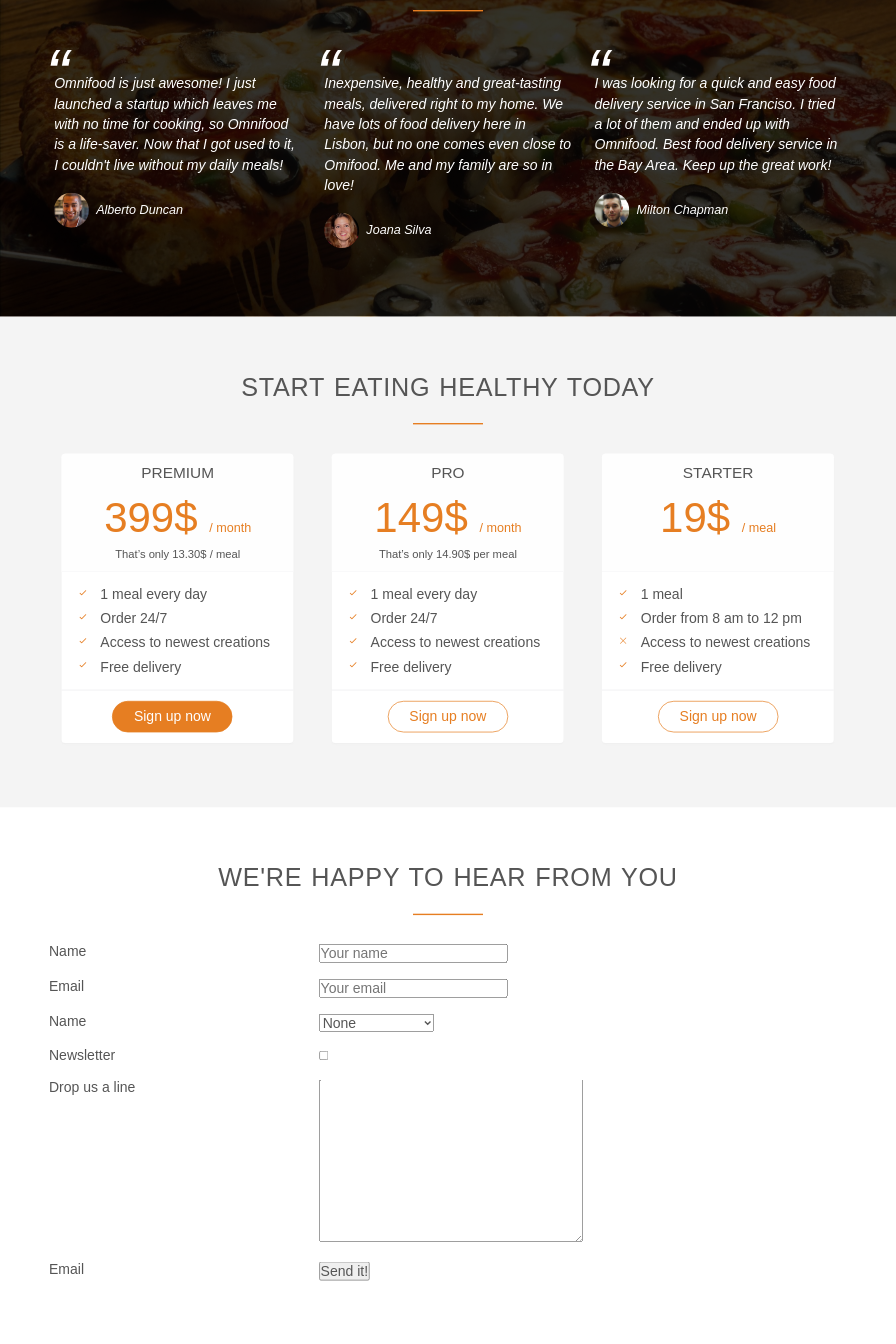
Repository: pboi18/E-Foods
Page: index.html
These files come from the project's save history. The page is drawn as it stood at one moment and after the next save; the edit follows.
The browser window is 1280 px wide. The pictures show the part of the page from y = 3426 to 5346 px (the page is 5346 px tall before and 5162 px after), at 70% of full size.
Backgrounds fixed to the window are drawn as part of the page.

Above is the page before, as saved 2020-07-13 23:09:46.

### index.html
<!DOCTYPE html>
<html lang="en">
   <head>
      <meta http-equiv="Content-Type" content="text/html;charset=UTF-8">
      <link rel="stylesheet" href="vendors/css/normalize.css">
      <link rel="stylesheet" href="vendors/css/7.1 Grid.css">
      <link rel="stylesheet" href="vendors/css/ionicons.min.css">
      <link rel="stylesheet" href="resources/css/style.css">
      <link href='http://fonts.googleapis.com/css?family=Lato:100,300,400,300italic' rel='stylesheet' type='text/css'>
      <title>Ominifoods</title>
   </head>

   <body>
      <header>
         <nav>
               <div class="row">
                  <img src="resources/img/logo-white.png" alt="Ominifood logo" class="logo">

                  <ul class="main-nav">
                     <li><a href="#">Food delivery</a></li>
                     <li><a href="#">How it works</a></li>
                     <li><a href="#">Our cities</a></li>
                     <li><a href="#">Sign up</a></li>
                  </ul>

               </div>
         </nav>
         <div class="hero-text-box">
               <h1>Goodbye junk food. <br> Hello super healthy meals.</h1>
               <a href="#" class="btn btn-full">I’m hungry </a>
               <a href="#" class="btn btn-ghost">Show me more </a>
         </div>

      </header>

      <section class="section-features">
         <div class="row">
               <h2>Get food fast &mdash; not fast food</h2>
               <p class="long-copy">
                  Hello, we’re Omnifood, your new premium food delivery service. We know you’re always busy. No time for cooking. So let us take care of that, we’re really good at it, we promise!
               </p>
         </div>

         <div class="row">
               <div class="col span-1-of-4 box">
                  <i class="ion-ios-infinite-outline icon-big"></i>
                  <h3>Up to 365 days/year</h3>
                  <p>
                     Never cook again! We
                     really mean that. Our subscription
                     plans include up to 365
                     days/year coverage. You can
                     also choose to order more
                     flexibly if that's your style.
                  </p>
               </div>

               <div class="col span-1-of-4 box">
                  <i class="ion-ios-stopwatch-outline icon-big"></i>
                  <h3>Ready in 20 minutes</h3>
                  <p>
                     You're only twenty minutes
                     away from your delicious and
                     super healthy meals delivered
                     right to your home. We work
                     with the best chefs in each
                     town to ensure that you're
                     100% happy.
                  </p>
               </div>

               <div class="col span-1-of-4 box">
                  <i class="ion-ios-nutrition-outline icon-big"></i>
                  <h3>100% organic</h3>
                  <p>
                     All our vegetables are fresh, organic and local. Animals are raised without added hormones or antibiotics. Good for your health, the environment, and it also tastes better!
                  </p>
               </div>

               <div class="col span-1-of-4 box">
                  <i class="ion-ios-cart-outline icon-big"></i>
                  <h3>Order anything</h3>
                  <p>
                     We don't limit your creativity, which means you can order whatever you feel like. You can also choose from our menu containing over 100 delicious meals. It's up to you!
                  </p>
               </div>
         </div>
      </section>

      <section class="section-meals">
         <ul class="meals-showcase clearfix">
               <li>
                  <figure class="meal-photo">
                     <img src="resources/img/1.jpg" alt="Korean bibimbap with egg and vegetables">
                  </figure>
               </li>
               <li>
                  <figure class="meal-photo">
                     <img src="resources/img/2.jpg" alt="Simple italian pizza with cherry tomatoes">
                  </figure>
               </li>
               <li>
                  <figure class="meal-photo">
                     <img src="resources/img/3.jpg" alt="Chicken breast steak with vegetables ">
                  </figure>
               </li>
               <li>
                  <figure class="meal-photo">
                     <img src="resources/img/4.jpg" alt="Autumn pumpkin soup">
                  </figure>
               </li>
         </ul>

         <ul class="meals-showcase clearfix">
               <li>
                  <figure class="meal-photo">
                     <img src="resources/img/5.jpg" alt="Paleo beef steak with vegetables">
                  </figure>
               </li>
               <li>
                  <figure class="meal-photo">
                     <img src="resources/img/6.jpg" alt="Healthy baguette with egg and vegetables">
                  </figure>
               </li>
               <li>
                  <figure class="meal-photo">
                     <img src="resources/img/7.jpg" alt="Burger with cheddar and bacon">
                  </figure>
               </li>
               <li>
                  <figure class="meal-photo">
                     <img src="resources/img/8.jpg" alt="Granola with cherries and strawberries">
                  </figure>
               </li>
         </ul>
      </section>

      <section class="section-steps">
         <div class="row">
               <h2>How it works &mdash; Simple as 1, 2, 3</h2>
         </div>
         <div class="row">
               <div class="col span-1-of-2 steps-box">
                  <img src="resources/img/app-iPhone.png" alt="Ominifood app on iphone" class="app-screen">
               </div>

               <div class="col span-1-of-2 steps-box">
                  <div class="works-step">
                     <div>1</div>
                     <p>Choose the subscription plan that best fits your needs and sign up today.</p>
                  </div>
                  <div class="works-step">
                     <div>2</div>
                     <p>Order your delicious meal using our mobile app or website. Or you can even call us!</p>
                  </div>
                  <div class="works-step">
                     <div>3</div>
                     <p>Enjoy your meal after less than 20 minutes. See you the next time!</p>
                  </div>

                  <a href="#" class="btn-app">
                     <img src="resources/img/download-app.png " alt="App Store Button">
                  </a>
                  <a href="#" class="btn-app" >
                     <img src="resources/img/download-app-android.png" alt="play Store Button">
                  </a>

               </div>
         </div>
      </section>


      <section class="section-cities">
         <div class="row">
            <h2>
               We're currently in these cities
            </h2>
         </div>

         <div class="row">
            <div class="col span-1-of-4 box">
               <img src="resources/img/lisbon-3.jpg" alt="Lisbon">
               <h3>Lisbon</h3>
               <div class="city-feature">
                  <i class="ion-ios-person icon-small"></i>
                  1600+ happy eaters
               </div>
               <div class="city-feature">
                  <i class="ion-ios-star icon-small"></i>
                  60+ top chefs
               </div>
               <div class="city-feature">
                  <i class="ion-social-twitter icon-small"></i>
                  <a href="#">@omnifood_lx</a>
               </div>
            </div>

            <div class="col span-1-of-4 box">
               <img src="resources/img/san-francisco.jpg" alt="San Francisco">
               <h3>San Francisco</h3>
               <div class="city-feature">
                  <i class="ion-ios-person icon-small"></i>
                  3700+ happy eaters
               </div>
               <div class="city-feature">
                  <i class="ion-ios-star icon-small"></i>
                  160+ top chefs
               </div>
               <div class="city-feature">
                  <i class="ion-social-twitter icon-small"></i>
                  <a href="#">@omnifood_sf</a>
               </div>
            </div>

            <div class="col span-1-of-4 box">
               <img src="resources/img/berlin.jpg" alt="Berlin">
               <h3>Berlin</h3>
               <div class="city-feature">
                  <i class="ion-ios-person icon-small"></i>
                  2300+ happy eaters
               </div>
               <div class="city-feature">
                  <i class="ion-ios-star icon-small"></i>
                  110+ top chefs
               </div>
               <div class="city-feature">
                  <i class="ion-social-twitter icon-small"></i>
                  <a href="#">@omnifood_berlin</a>
               </div>
            </div>

            <div class="col span-1-of-4 box">
               <img src="resources/img/london.jpg" alt="London">
               <h3>London</h3>
               <div class="city-feature">
                  <i class="ion-ios-person icon-small"></i>
                  1200+ happy eaters
               </div>
               <div class="city-feature">
                  <i class="ion-ios-star icon-small"></i>
                  50+ top chefs
               </div>
               <div class="city-feature">
                  <i class="ion-social-twitter icon-small"></i>
                  <a href="#">@omnifood_london</a>
               </div>
            </div>
         </div>


      </section>

      <section class="section-testimonials">
         <div class="row">
            <h2>Our customers can't live without us</h2>
         </div>

         <div class="row">
            <div class="col span-1-of-3">
               <blockquote>
                  Omnifood is just awesome! I just launched a startup which leaves me with no time for cooking, so Omnifood is a life-saver. Now that I got used to it, I couldn't live without my daily meals!
                  <cite><img src="resources/img/customer-1.jpg" alt="">Alberto Duncan</cite>
               </blockquote>
            </div>

            <div class="col span-1-of-3">
               <blockquote>
                  Inexpensive, healthy and great-tasting meals, delivered right to my home. We have lots of food delivery here in Lisbon, but no one comes even close to Omifood. Me and my family are so in love!
                  <cite><img src="resources/img/customer-2.jpg" alt="">Joana Silva</cite>
               </blockquote>
            </div>

            <div class="col span-1-of-3">
               <blockquote>
                  I was looking for a quick and easy food delivery service in San Franciso. I tried a lot of them and ended up with Omnifood. Best food delivery service in the Bay Area. Keep up the great work!
                  <cite><img src="resources/img/customer-3.jpg" alt="">Milton Chapman</cite>
               </blockquote>
            </div>
         </div>
      </section>

      <section class="section-plans">
         <div class="row">
            <h2>Start eating healthy today</h2>
         </div>
         <div class="row">
            <div class="col span-1-of-3">
               <div class="plan-box">
                  <div>
                     <h3>Premium</h3>
                     <p class="plan-price">399$ <span>/ month</span></p>
                     <p class="plan-price-meal">That’s only 13.30$ / meal</p>
                  </div>
                  <div>
                     <ul>
                        <li><i class="ion-ios-checkmark-empty icon-small"></i>1 meal every day</li>
                        <li><i class="ion-ios-checkmark-empty icon-small"></i>Order 24/7</li>
                        <li><i class="ion-ios-checkmark-empty icon-small"></i>Access to newest creations</li>
                        <li><i class="ion-ios-checkmark-empty icon-small"></i>Free delivery</li>
                     </ul>
                  </div>
                  <div>
                     <a href="#" class="btn btn-full" >Sign up now </a>
                  </div>
               </div>
            </div>

            <div class="col span-1-of-3">
               <div class="plan-box">
                  <div>
                     <h3>Pro</h3>
                     <p class="plan-price">149$ <span>/ month</span></p>
                     <p class="plan-price-meal">That’s only 14.90$ per meal</p>
                  </div>
                  <div>
                     <ul>
                        <li><i class="ion-ios-checkmark-empty icon-small"></i>1 meal every day</li>
                        <li><i class="ion-ios-checkmark-empty icon-small"></i>Order 24/7</li>
                        <li><i class="ion-ios-checkmark-empty icon-small"></i>Access to newest creations</li>
                        <li><i class="ion-ios-checkmark-empty icon-small"></i>Free delivery</li>
                     </ul>
                  </div>
                  <div>
                     <a href="#" class="btn btn-ghost" >Sign up now </a>
                  </div>
               </div>
            </div>

            <div class="col span-1-of-3">
               <div class="plan-box">
                  <div>
                     <h3>Starter</h3>
                     <p class="plan-price">19$ <span>/ meal</span></p>
                     <p class="plan-price-meal">&nbsp;</p>
                  </div>
                  <div>
                     <ul>
                        <li><i class="ion-ios-checkmark-empty icon-small"></i>1 meal</li>
                        <li><i class="ion-ios-checkmark-empty icon-small"></i>Order from 8 am to 12 pm</li>
                        <li><i class="ion-ios-close-empty icon-small"></i>Access to newest creations</li>
                        <li><i class="ion-ios-checkmark-empty icon-small"></i>Free delivery</li>
                     </ul>
                  </div>
                  <div>
                     <a href="#" class="btn btn-ghost" >Sign up now </a>
                  </div>
               </div>
            </div>
         </div>
      </section>

      <section class="section-form">
         <div class="row">
            <h2>We're happy to hear from you</h2>
         </div>

         <div class="row">
            <form action="#" method="post" class="contact-form" >
               <div class="row">
                  <div class="col span-1-of-3">
                     <label for="">Name</label>
                  </div>
                  <div class="col span-2-of-3">
                     <input type="text" name="name" placeholder="Your name" requried>
                  </div>
               </div>
               <div class="row">
                  <div class="col span-1-of-3">
                     <label for="">Email</label>
                  </div>
                  <div class="col span-2-of-3">
                     <input type="email" name="email" placeholder="Your email" requried>
                  </div>
               </div>
               <div class="row">
                  <div class="col span-1-of-3">
                     <label for="">Name</label>
                  </div>
                  <div class="col span-2-of-3">
                     <select name="find us" id="">
                        <option value="None">None</option>
                        <option value="friends">Friends</option>
                        <option value="Social Media">Social Media</option>
                        <option value="Search Engines">Search Engines</option>
                        <option value="Advertisement">Advertisement</option>
                        <option value="Others">Others</option>

                     </select>
                  </div>
               </div>
               <div class="row">
                  <div class="col span-1-of-3">
                     <label for="">Newsletter</label>
                  </div>
                  <div class="col span-2-of-3">
                     <input type="checkbox" name="checkbox" requried>
                  </div>
               </div>
               <div class="row">
                  <div class="col span-1-of-3">
                     <label for="">Drop us a line</label>
                  </div>
                  <div class="col span-2-of-3">
                     <textarea name="message" id="" cols="30" rows="10"></textarea>
                  </div>
               </div>
               <div class="row">
                  <div class="col span-1-of-3">
                     <label for="">Email</label>
                  </div>
                  <div class="col span-2-of-3">
                     <button type="submit">Send it!</button>
                  </div>
               </div>
            </form>

         </div>
      </section>

      <!--
Title:

Fields to include:
Name
Email
How did you find us?
Newsletter
Drop us a line -->

   </body>


</html>

Loaded but not shown: vendors/css/normalize.css (library); vendors/css/7.1 Grid.css (library); vendors/css/ionicons.min.css (library); resources/css/style.css (474 lines, source omitted)

After the next save:
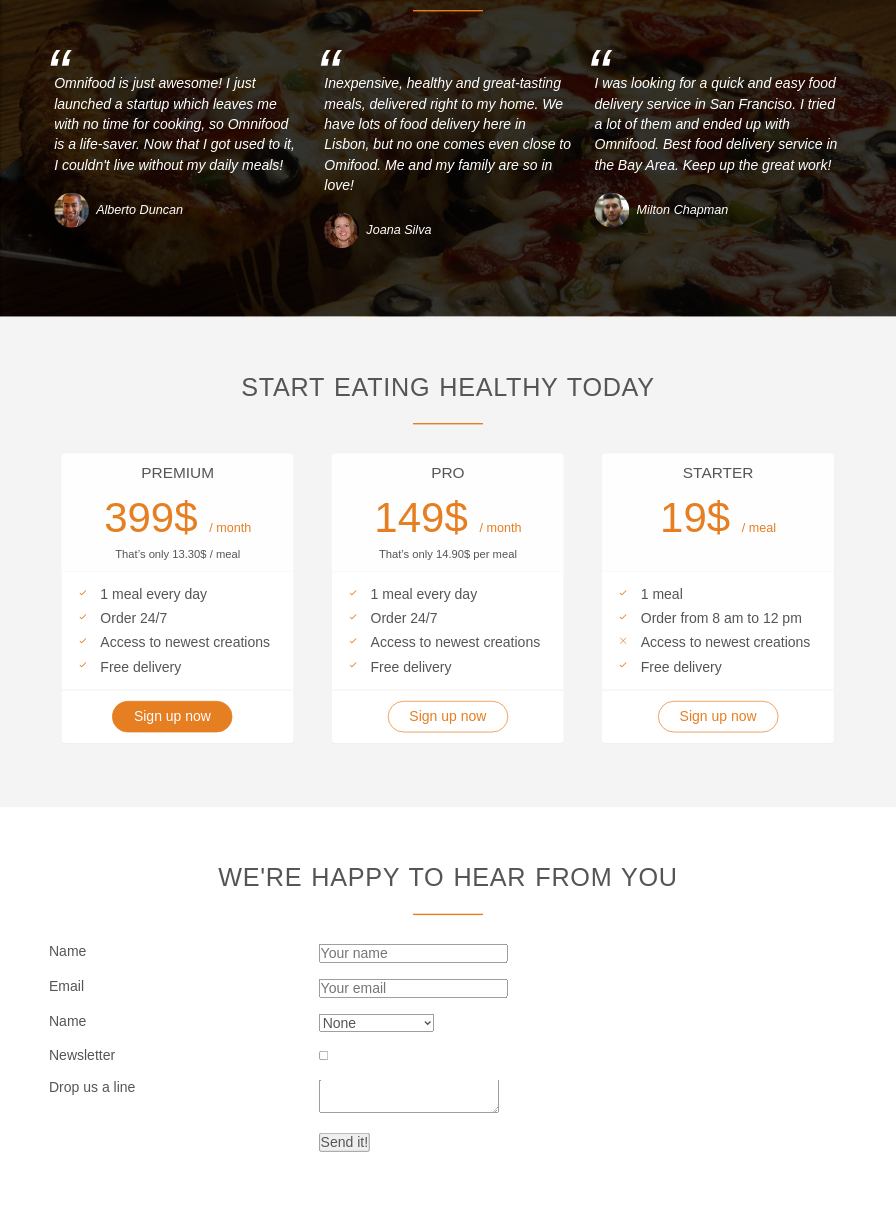
Saved 4 min 30 s later.
--- a/index.html
+++ b/index.html
@@ -358,26 +358,26 @@
             <form action="#" method="post" class="contact-form" >
                <div class="row">
                   <div class="col span-1-of-3">
-                     <label for="">Name</label>
-                  </div>
-                  <div class="col span-2-of-3">
-                     <input type="text" name="name" placeholder="Your name" requried>
-                  </div>
-               </div>
-               <div class="row">
-                  <div class="col span-1-of-3">
-                     <label for="">Email</label>
-                  </div>
-                  <div class="col span-2-of-3">
-                     <input type="email" name="email" placeholder="Your email" requried>
-                  </div>
-               </div>
-               <div class="row">
-                  <div class="col span-1-of-3">
-                     <label for="">Name</label>
-                  </div>
-                  <div class="col span-2-of-3">
-                     <select name="find us" id="">
+                     <label for="name">Name</label>
+                  </div>
+                  <div class="col span-2-of-3">
+                     <input type="text" name="name" id="name" placeholder="Your name" requried>
+                  </div>
+               </div>
+               <div class="row">
+                  <div class="col span-1-of-3">
+                     <label for="email">Email</label>
+                  </div>
+                  <div class="col span-2-of-3">
+                     <input type="email" name="email" id="email" placeholder="Your email" requried>
+                  </div>
+               </div>
+               <div class="row">
+                  <div class="col span-1-of-3">
+                     <label for="find-us">Name</label>
+                  </div>
+                  <div class="col span-2-of-3">
+                     <select name="find us" id="find-us" required>
                         <option value="None">None</option>
                         <option value="friends">Friends</option>
                         <option value="Social Media">Social Media</option>
@@ -390,23 +390,23 @@
                </div>
                <div class="row">
                   <div class="col span-1-of-3">
-                     <label for="">Newsletter</label>
-                  </div>
-                  <div class="col span-2-of-3">
-                     <input type="checkbox" name="checkbox" requried>
-                  </div>
-               </div>
-               <div class="row">
-                  <div class="col span-1-of-3">
-                     <label for="">Drop us a line</label>
-                  </div>
-                  <div class="col span-2-of-3">
-                     <textarea name="message" id="" cols="30" rows="10"></textarea>
-                  </div>
-               </div>
-               <div class="row">
-                  <div class="col span-1-of-3">
-                     <label for="">Email</label>
+                     <label for="newsletter">Newsletter</label>
+                  </div>
+                  <div class="col span-2-of-3">
+                     <input type="checkbox" name="checkbox" id="newsletter" requried>
+                  </div>
+               </div>
+               <div class="row">
+                  <div class="col span-1-of-3">
+                     <label for="message">Drop us a line</label>
+                  </div>
+                  <div class="col span-2-of-3">
+                     <textarea name="message" id="message" ></textarea>
+                  </div>
+               </div>
+               <div class="row">
+                  <div class="col span-1-of-3">
+                     <label for="">&nbsp;</label>
                   </div>
                   <div class="col span-2-of-3">
                      <button type="submit">Send it!</button>
